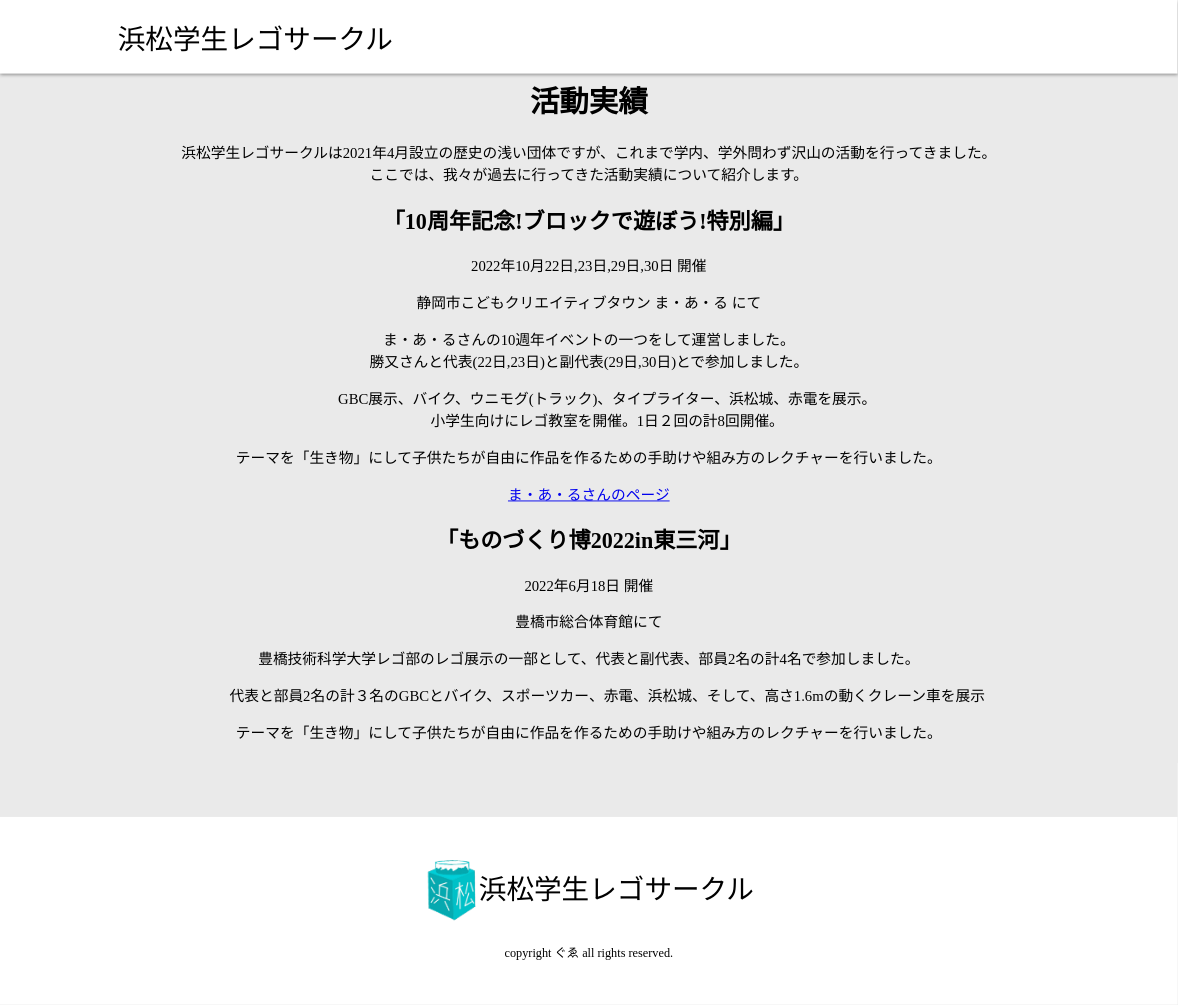
Repository: ghevp/LEGO-club
Page: http://localhost/?page=achievement
These files come from the project's save history. The page is drawn as it stood at one moment and after the next save; the edit follows.
The browser window is 1280 px wide. The pictures show the whole page, at 92% of full size.
Some web fonts or font styles are not loaded; a fallback is used. The page is run by PHP 8.4 with error messages shown; the project is at /var/www/html/.

Above is the page before, as saved 2022-11-11 15:28:56.

### index.php
<!DOCTYPE html>
<html lang="ja">
<?php
    if(isset($_GET['page'])){
     $page=$_GET['page'];
    };
     if(isset($page)){


     }else{
                   $page="home";
     };
     $title = array('home' => "ホーム",
     'kainokoushiki' => "解の公式",
     'enword'=>"英語",
    'policy' => "ポリシー",
    'achievement' => "活動実績"
    );

     $c=0;
     $x=0;
     $y=0;
     $t=0;
?>
<head>
    <script async src="https://pagead2.googlesyndication.com/pagead/js/adsbygoogle.js?client=ca-pub-6911517647778874"
     crossorigin="anonymous"></script>
        <meta charset="UTF-8">
       <!-- Global site tag (gtag.js) - Google Analytics -->

</script>
        <meta name="author" content="ぐゑ">
        <meta name="twitter:card" content="summary_large_image">
        <meta name="twitter:site" content="@ghevp">
        <meta property="og:url" content="https://shizudailego.com">
        <meta property="og:title" content="浜松学生レゴサークル">
        <meta name="og:description" content="浜松を中心に活動している学生主体のレゴサークルです！！">
        <link rel="preconnect" href="https://fonts.googleapis.com">
        <link rel="preconnect" href="https://fonts.gstatic.com" crossorigin>
        <link href="https://fonts.googleapis.com/css2?family=Noto+Serif+JP:wght@500&family=Shippori+Mincho+B1:wght@800&family=Yuji+Syuku&display=swap" rel="stylesheet">
        <link rel="icon" href="img/favicon.ico" type="image/x-icon">
        <meta name="viewport" content="width=device-width,initial-scale=1.0,minimum-scale=1.0">
        <link rel="preconnect" href="https://fonts.googleapis.com">
        <link rel="preconnect" href="https://fonts.gstatic.com" crossorigin>
        <link href="https://fonts.googleapis.com/css2?family=M+PLUS+Rounded+1c&display=swap" rel="stylesheet">
        <meta name="viewport" content="width=device-width,initial-scale=1.0,minimum-scale=1.0">
        <link rel="preconnect" href="https://fonts.googleapis.com">
<link rel="preconnect" href="https://fonts.gstatic.com" crossorigin>
<link href="https://fonts.googleapis.com/css2?family=Kosugi&display=swap" rel="stylesheet">
        <link rel="stylesheet" href="css/style.css"><!--後でphpのif文の作成-->
        <title>
        <?php
      if (isset($title) == "") {
        echo "浜松学生レゴサークル";
    } else {
        echo "" . $title[$page] . " - 浜松学生レゴサークル";
    }
   ?>
        </title>

    <body style="margin: 0;">
        <?php


            include('page/'.$page.".php");




    ?>
     <header class="header">
        <div class="header_inner">

            <a href="?page=home">浜松学生レゴサークル</a>
        </div>
     </header>
     <footer class="footer">
        <div class="footer_inner">
        <img src="img/logo.png">
        <a href="?page=home">浜松学生レゴサークル</a>
        </div>
        <div class="copyright">
    <p><small>copyright <a href="https://ghevp.com">ぐゑ</a> all rights reserved.</small></p>
        </div>
    </footer>
    </body>

### page/achievement.php
<main class="main">
    <div class="achievement">
    <h1>活動実績</h1>
    <p>浜松学生レゴサークルは2021年4月設立の歴史の浅い団体ですが、これまで学内、学外問わず沢山の活動を行ってきました。<br>
    ここでは、我々が過去に行ってきた活動実績について紹介します。</p>
    <div class="one_of_achievement">
    <h2>「10周年記念!ブロックで遊ぼう!特別編」</h2>
    <p class="date">2022年10月22日,23日,29日,30日 開催</p>
    <p>静岡市こどもクリエイティブタウン ま・あ・る にて</p>
    <p>ま・あ・るさんの10週年イベントの一つをして運営しました。<br>
    勝又さんと代表(22日,23日)と副代表(29日,30日)とで参加しました。<br>
    <ul>
    <li>GBC展示、バイク、ウニモグ(トラック)、タイプライター、浜松城、赤電を展示。</li>
    <li>小学生向けにレゴ教室を開催。1日２回の計8回開催。</li>
    </ul>
    テーマを「生き物」にして子供たちが自由に作品を作るための手助けや組み方のレクチャーを行いました。
    </p>
    <a href="https://maaru-ct.jp/report/155443/?s=06">ま・あ・るさんのページ</a>
    </div>
    <div class="one_of_achievement">
    <h2>「ものづくり博2022in東三河」</h2>
    <p class="date">2022年6月18日 開催</p>
    <p>豊橋市総合体育館にて</p>
    <p>豊橋技術科学大学レゴ部のレゴ展示の一部として、代表と副代表、部員2名の計4名で参加しました。<br>
    <ul>
    <li>代表と部員2名の計３名のGBCとバイク、スポーツカー、赤電、浜松城、そして、高さ1.6mの動くクレーン車を展示</li>

    </ul>
    テーマを「生き物」にして子供たちが自由に作品を作るための手助けや組み方のレクチャーを行いました。
    </p>

    </div>
    </div>
</main>

### css/style.css
.container {
    padding: 0 2rem;
  }
  .header{
    position: fixed;
    top:0;
    left: 0;
    right: 0;
    height: 80px;
    background-color: white;
    z-index: 10;
    box-shadow: 0 2px 4px gray;
  }
  .policy{
    position: absolute;
    flex:3;
  }

  .policy h1{
    font-family: 'Yuji Syuku', serif;
    font-size: 100px;
    color: rgb(255, 255, 255);
    text-shadow: 1px 1px 10px black;
    padding-bottom: 200px;
  }
  @media (min-width: 1500px) {
  .policy h1 {
      font-size: 150px;
    }
  }
  @media (max-width: 900px) {
    .policy h1 {
        font-size: 50px;
      }
    }
 .achievement p{
  text-align: center;
 }
 .achievement{
  text-align: center;
 }
 .achievement h1{
  text-align: center;
 }
 .achievement li{
  list-style: none;
 }
  .header_inner{
    padding-left: 10%;
    padding-right: 10%;
    height: 100%;
    position: relative;
    display: flex;
    justify-content: space-between;
    align-items: center;

  }
  .header_inner a{
    text-decoration: none;
    color:inherit;
    font-size: 30px;
    font-family: 'Shippori Mincho B1', serif;
  }

  .main h2{
    text-align: center;
  }

  .header_logo img{
    width: 80px;
    display: block;
  }
  .header_site_menu{

    position: absolute;
    top: 100%;
    right: 0;
    left: 80%;
    color: whitesmoke;
    padding-top: 50px;
    background-color: #0070f3;
    padding-bottom: 100%;
    display: none;

  }
  .site_menu{
    align-items: center;

  }
  .site_menu ul{
    list-style: none;
    font-size: 20px;


  }
  .site_menu li{
    margin-top: 20px;
  }
  .site_menu a{

    color:inherit;
    text-decoration: none;
  }
  .button{
    display: block;
    width: 64px;
    height: 54px;
    background-image: url(https://github.com/ghevp/my-portfolio/blob/main/img/hbm.png?raw=true);
    background-size: 90%;
    background-position: center;
    background-repeat: no-repeat;
    background-color: transparent;
    border-radius:0;
    outline: none;
    border: none;
  }
  .header_site_menu.is-show{
    display: block;
  }
  .tell{
    position:inherit;
    width: 70%;
    max-width: 1000px;
  }
  .tell_include{
    display: flex;
    justify-content: space-between;

    align-items: center;

  }
  .tell_include img{
    width: 100%;
    display: block;
    border-radius: 20px;
    border:5px solid black;

  }

  .tell_include a{
    margin-left: 5%;
    margin-right: 5%;
  }
  .introduce{

  display: block;
   align-items: center;

  }
  .intro1{

    text-align: center;

  }
  .introduce ul{
    list-style: none;
    display: flex;
    justify-content: space-between;

  }
  .rinks ul{
    list-style: none;
    display: flex;
    justify-content: space-between;

  }
  .rinks a{
    text-align: center;
    font-size: 20px;
    width: 180px;
    height: 40px;
    color: #fafafa;
    border-radius: 15px;
    background-color:black
  }
  .introduce ul li{
    width: 30%;
    margin-left: 6%;
    margin-right: 6%;

  }
  .introduce_before{
    position:static;
    width: 65%;


  }
  .shizudai {
    font-size: 24px;

  }
  .introduce_before h1{
    text-align: center;
  }
  .details{
    text-align: center;

  }
  .details p{
    font-size: 18px;
  }
  .pin-main{
    flex: 2;
    position: relative;
  }
  .pic-main img{
    width: 100%;

  }
  .body{
    display: block;
    margin: 0;
  }
  .slider {
    width: 100%;

  　　overflow: hidden;
  　　margin: 0 auto;
   flex:2;

  }
  .slider-item {
    width: 100%;
    float: left;
  }
  img{
    width:100%;
  }
  .slider-inner {
    width: 300%;
    animation: slider 15s infinite ease;
    display: flex;
  }

  @keyframes slider {
    0% {
    transform: translateX(0);
    }
    15% {
    transform: translateX(-33.3%);
    }
    33% {
      transform: translateX(-33.3%);
      }
    48% {
    transform: translateX(-66.6%);
    }
    66% {
      transform: translateX(-66.6%);
      }
    81% {
      transform: translateX(0);
      }
    100% {
    transform: translateX(0);
    }
  }
  .main {
    min-height: 70vh;
    padding: 4rem 0;
    flex: 1;
    display: flex;
    flex-direction: column;
    justify-content: center;
    align-items: center;
    background-color: #eaeaea;
  }

  .footer {
    display: flex;
    flex-direction: column;
    padding: 2rem 0;
    border-top: 1px solid #eaeaea;
    justify-content: center;
    align-items: center;
    flex-grow: 1;
  }
  .footer img{
    width:60px;
  }
  .footer_inner{
    display:flex;
    align-items: center;
  }
  .footer_inner a{
    font-size: 30px;
    text-decoration: none;
    color: black;
    font-family: 'Shippori Mincho B1', serif;
  }
  .footer a{
    text-decoration: none;
    color: black;
  }


  .title a {
    color: #0070f3;
    text-decoration: none;
  }

  .title a:hover,
  .title a:focus,
  .title a:active {
    text-decoration: underline;
  }

  .title {
    margin: 0;
    margin-top: 80px;
    line-height: 1.15;
    font-size: 4rem;
  }

  .title,
  .description {
    text-align: center;
  }

  .description {
    margin: 4rem 0;
    line-height: 1.5;
    font-size: 1.5rem;
  }

  .code {
    background: #fafafa;
    border-radius: 5px;
    padding: 0.75rem;
    font-size: 1.1rem;
    font-family: Menlo, Monaco, Lucida Console, Liberation Mono, DejaVu Sans Mono,
      Bitstream Vera Sans Mono, Courier New, monospace;
  }

  .grid {
    display: flex;
    align-items: center;
    justify-content: center;
    flex-wrap: wrap;
    max-width: 800px;
  }

  .card {
    margin: 1rem;
    padding: 1.5rem;
    text-align: left;
    color: inherit;
    text-decoration: none;
    border: 1px solid #eaeaea;
    border-radius: 10px;
    transition: color 0.15s ease, border-color 0.15s ease;
    max-width: 300px;
  }

  .card:hover,
  .card:focus,
  .card:active {
    color: #0070f3;
    border-color: #0070f3;
  }

  .card h2 {
    margin: 0 0 1rem 0;
    font-size: 1.5rem;
  }

  .card p {
    margin: 0;
    font-size: 1.25rem;
    line-height: 1.5;
  }

  .logo {
    height: 1em;
    margin-left: 0.5rem;
  }

  @media (max-width: 600px) {
    .grid {
      width: 100%;
      flex-direction: column;
    }
  }

After the next save:
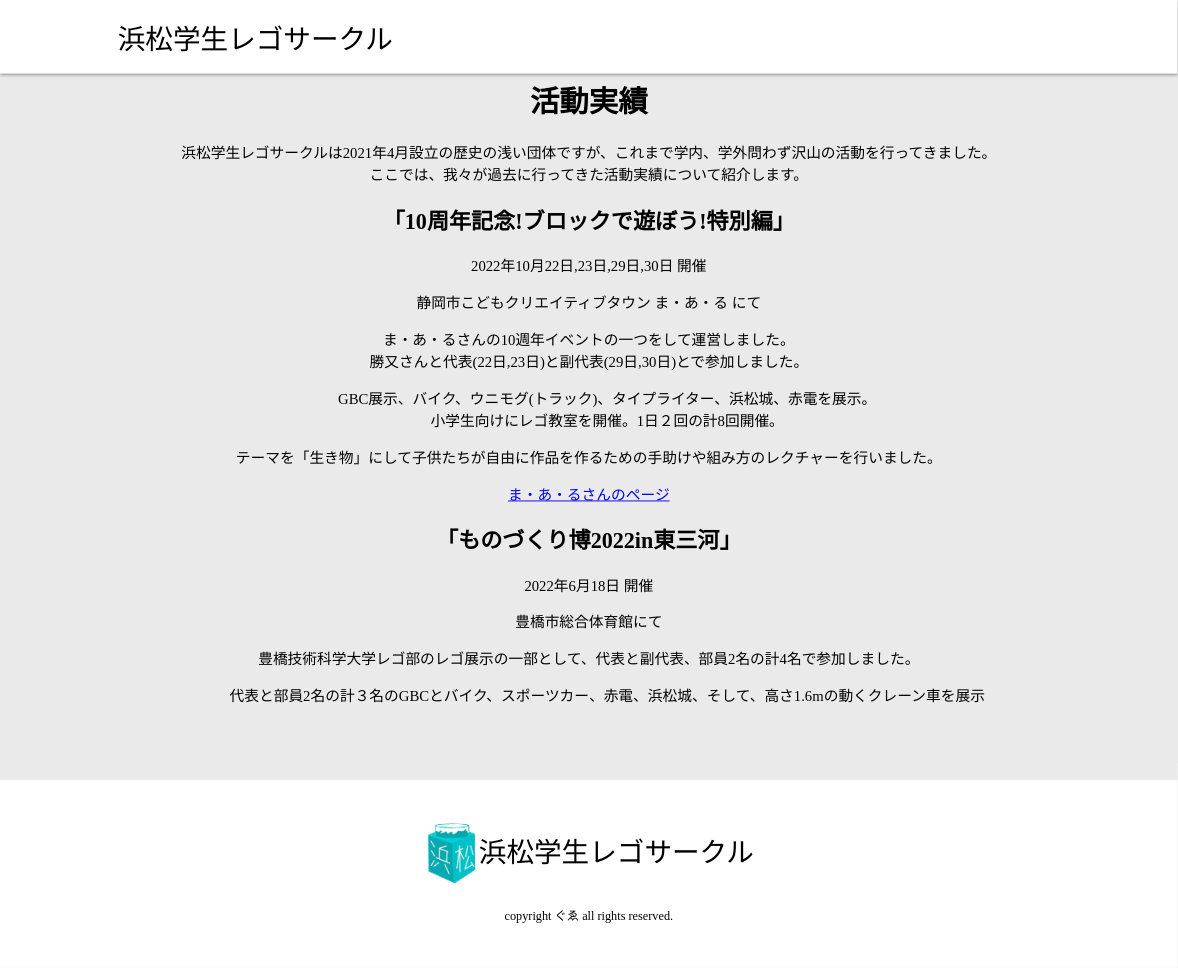
Saved 15 s later.
--- a/page/achievement.php
+++ b/page/achievement.php
@@ -26,7 +26,7 @@
     <li>代表と部員2名の計３名のGBCとバイク、スポーツカー、赤電、浜松城、そして、高さ1.6mの動くクレーン車を展示</li>
 
     </ul>
-    テーマを「生き物」にして子供たちが自由に作品を作るための手助けや組み方のレクチャーを行いました。
+
     </p>
 
     </div>
